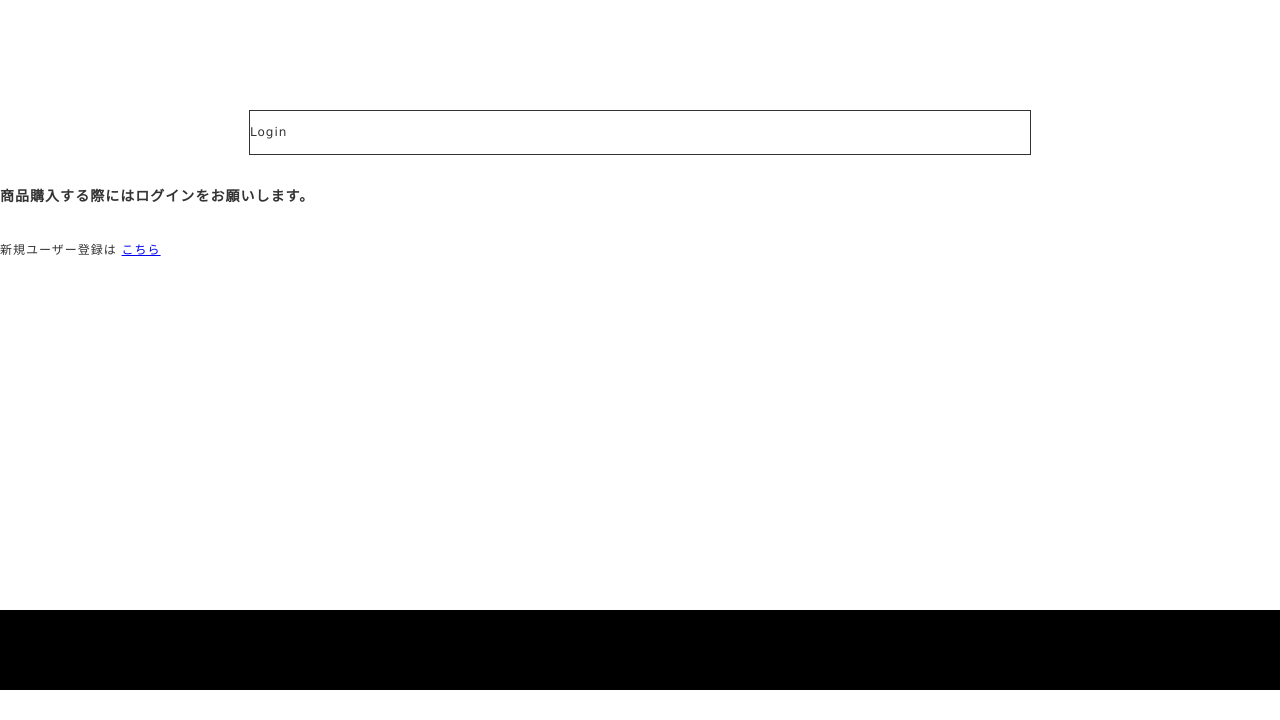
Repository: Eu-kr2018/test
Page: http://localhost/template/HomeAction.action
These files come from the project's save history. The page is drawn as it stood at one moment and after the next save; the edit follows.
The browser window is 1280 px wide. The pictures show the whole page.
The page is served by Tomcat 9. Other server files are loaded and not shown.

Above is the page before, as saved 2018-08-10 11:42:14.

### template/WebContent/login.jsp
<%@ page language="java" contentType="text/html; charset=UTF-8"
    pageEncoding="UTF-8"%>
<!DOCTYPE html>
<html>
	<head>
		<meta http-equiv="Content-Type" content="text/html; charset=utf-8">
		<meta http-equiv="Content-Style-Type" content="text/css" />
		<meta http-equiv="Content-Script-Type" content="text/javascript"/>
		<meta http-equiv="imagetoolbar" content="no"/>
		<meta name="description" content=""/>
		<meta name="keywords" content=""/>
		<title>Login画面</title>

		<style type="text/css">
		/*=======TAG LAYOUT======*/
			body{
				margin:0;
				padding:0;
				line-height:1.6;
				letter-spacing:1px;
				font-family:Verdana,Helvetica,sans-serif;
				font-size:12px;
				color:#333;
				background:#fff;
			}
			table{
				text-align:center;
				margin:0 auto;
			}
			/*======ID LAYOUT=======*/
			#top{
				width:780px;
				margin:30px auto;
				border:1px solid #333;
			}
			#header{
				width:100%;
				height:80px;
				text-aline:center;
			}
			#main{
				width:100%;
				height:500px;
				text-aline:center;
			}
			#footer{
				width:100%;
				height:80px;
				background-color:black;
				clear:both;
			}
		</style>
	</head>
	<body>
		<div id="header">
			<div id="pr">
			</div>
		</div>
		<div id="main">
			<div id="top">
				<p>Login</p>
			</div>

		<div>
			<h3>商品購入する際にはログインをお願いします。</h3>
			<s:form action="LoginAction">
				<s:textfield name="loginUserId"/>
				<s:password name="loginPassword"/>
				<s:submit value="ログイン"/>
			</s:form>
			<br/>
			<div>
				<span>新規ユーザー登録は
					<a href='<s:url action="UserCreateAction"/>'>こちら</a>
				</span>
			</div>
		</div>
	</div>
	<div id="footer">
		<div id="pr">
		</div>
	</div>
	</body>
</html>

After the next save:
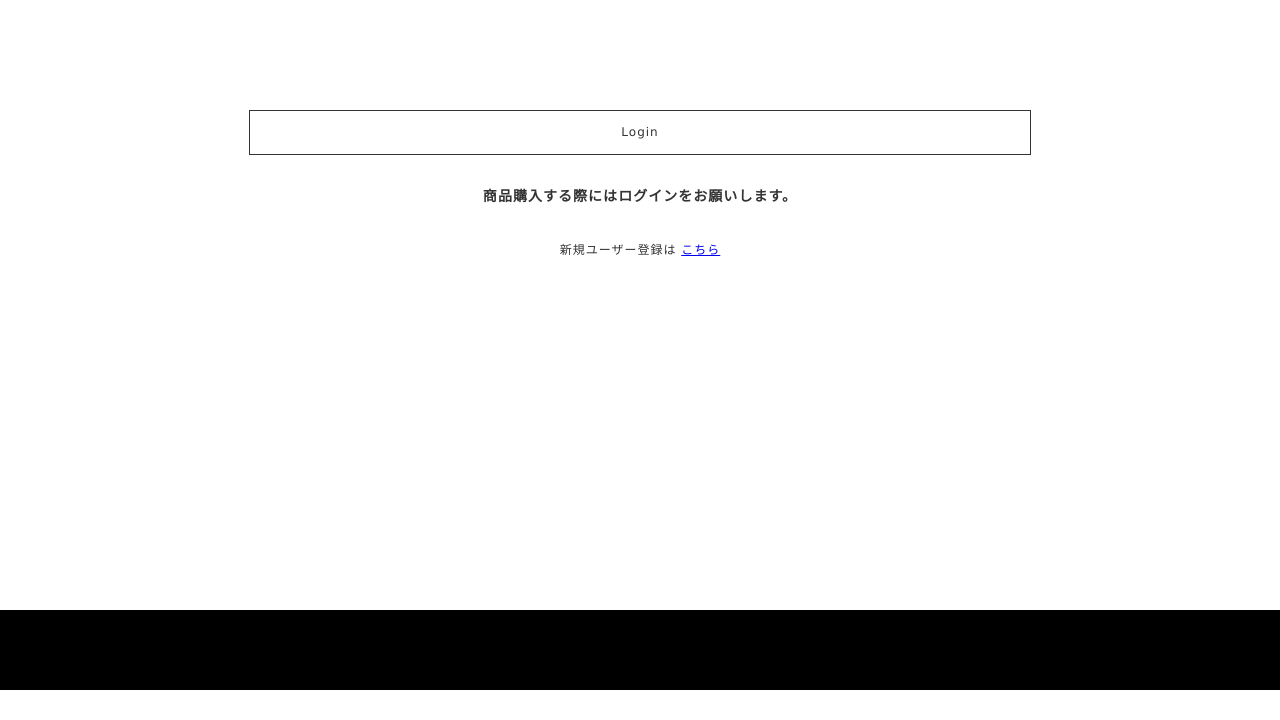
Saved 2 min 27 s later.
--- a/template/WebContent/login.jsp
+++ b/template/WebContent/login.jsp
@@ -36,12 +36,12 @@
 			#header{
 				width:100%;
 				height:80px;
-				text-aline:center;
+				text-align:center;
 			}
 			#main{
 				width:100%;
 				height:500px;
-				text-aline:center;
+				text-align:center;
 			}
 			#footer{
 				width:100%;
